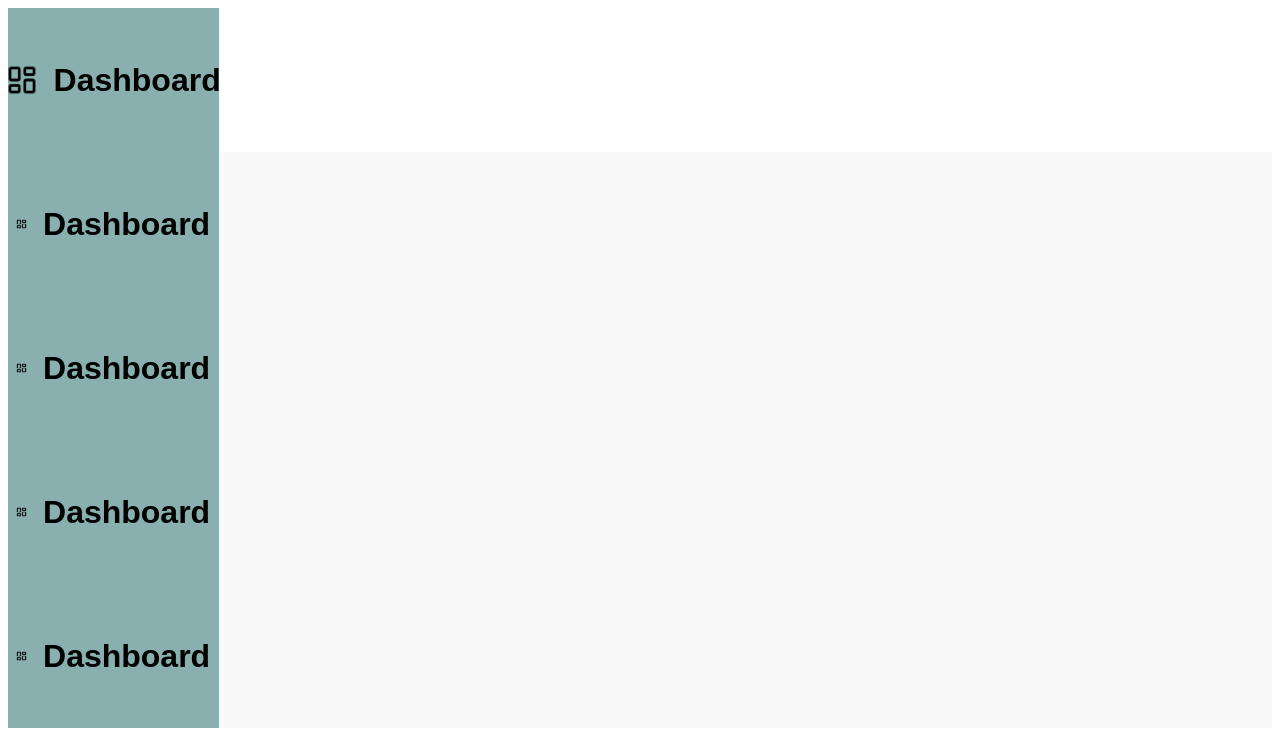
Repository: yeetzpxoci/dashboard
Page: index.html
An editor plug-in stored every save of this project. The page is shown before and after the next save, followed by the edit.
The browser window is 1280 px wide. The pictures show the whole page.

Above is the page before, as saved 2023-02-17 18:51:46.

### index.html
<!DOCTYPE html>
<html lang="en">
<head>
    <meta charset="UTF-8">
    <meta http-equiv="X-UA-Compatible" content="IE=edge">
    <meta name="viewport" content="width=device-width, initial-scale=1.0">
    <link rel="stylesheet" type="text/css" href="styles.css" />
    <title>Dashboard</title>
</head>
<body>
    <div class="sidebar">
        <div class="logo">
            <img src="dashboard-layout.png">
            <p>Dashboard</p>
        </div>

        <div class="icon">
            <img src="dashboard-layout.png">
            <p>Dashboard</p>
        </div>

        <div class="icon">
            <img src="dashboard-layout.png">
            <p>Dashboard</p>
        </div>

        <div class="icon">
            <img src="dashboard-layout.png">
            <p>Dashboard</p>
        </div>

        <div class="icon">
            <img src="dashboard-layout.png">
            <p>Dashboard</p>
        </div>
    </div>

    <div class="header">

    </div>

    <div class="main-content">

    </div>
</body>
</html>

### styles.css
body {
    min-height: 100vh;
    display: grid;
    grid-template-columns: 1fr 5fr;
    grid-template-rows: 1fr 4fr;
    font-family: Arial, Helvetica, sans-serif;
}

.sidebar {
    background-color: #89B0AE;
    grid-column: 1 / 2;
    grid-row: 1 / 3;
    display: grid;
    margin-left: auto;
    margin-right: 0;
}

.header {
    background-color: white;

    grid-column: 2 / 3;
    grid-row: 1 / 2;
}

.main-content {
    background-color: #FAF9F9;
    grid-column: 2 / 3;
    grid-row: 2 / 3;
}

.logo, .icon {
    display: flex;
    justify-content: center;
    align-items: center;
    font-size: 32px;
    font-weight: bold;
    gap: 16px;
    text-align: left;
}

.logo img {
    width: 15%;
}

.icon img {
    width: 5%;
}

After the next save:
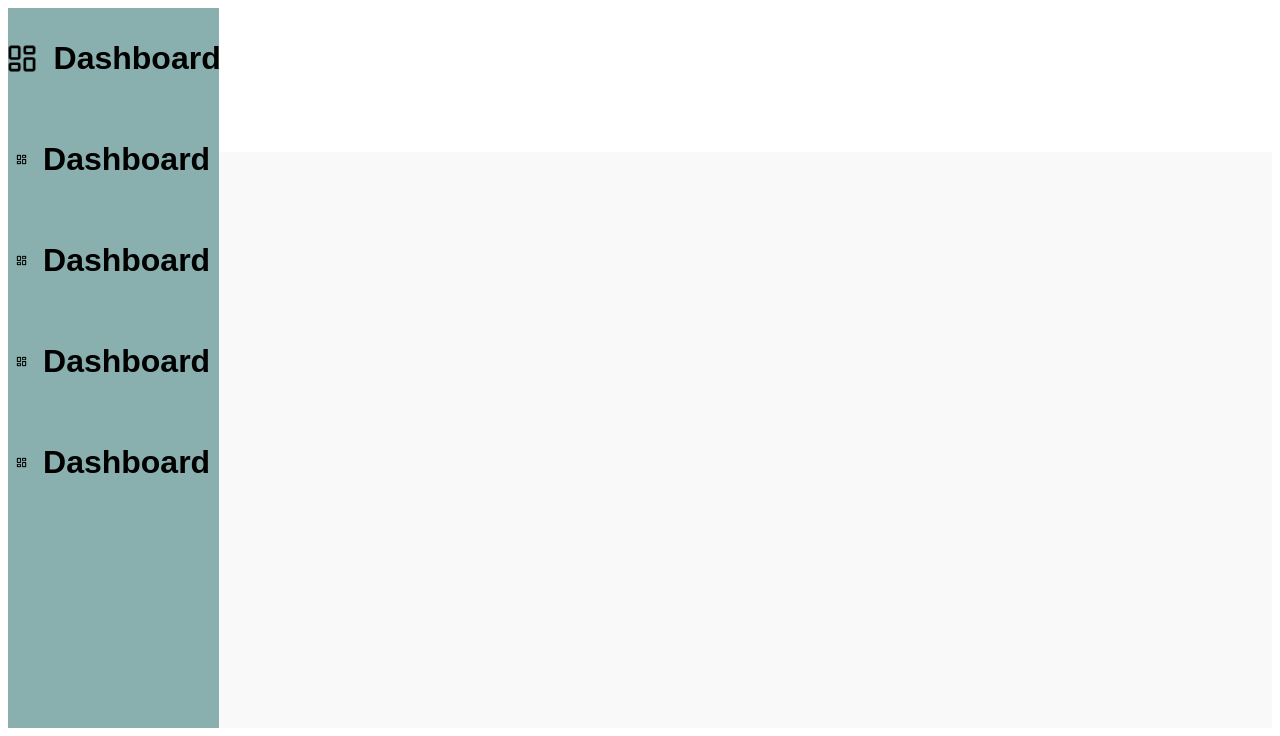
Saved 65 s later.
--- a/styles.css
+++ b/styles.css
@@ -10,14 +10,13 @@ body {
     background-color: #89B0AE;
     grid-column: 1 / 2;
     grid-row: 1 / 3;
-    display: grid;
-    margin-left: auto;
-    margin-right: 0;
+    display: flex;
+    flex-direction: column;
+    align-items: center;
 }
 
 .header {
     background-color: white;
-
     grid-column: 2 / 3;
     grid-row: 1 / 2;
 }
